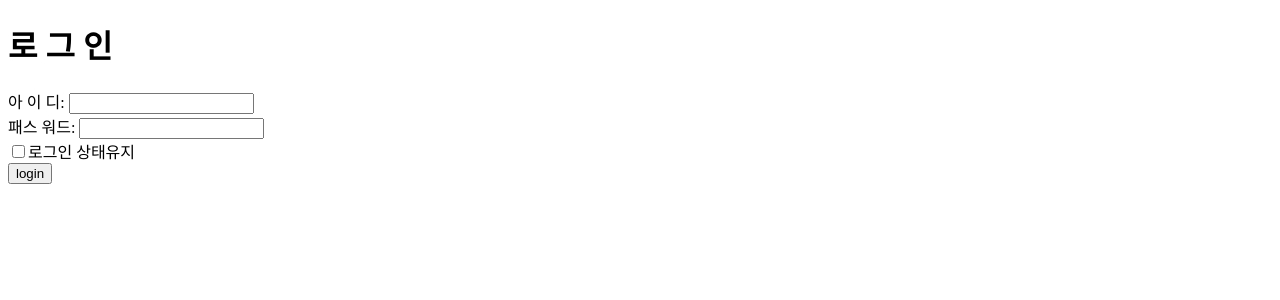
Repository: p2terkim/servletWork
Page: http://localhost/servletTest/basic/03_HW/cookieLogin.jsp
The author's editor kept a copy of each file at every save. The page is drawn from the files as they stood at one save, then again after the next save.
The browser window is 1280 px wide. The pictures show the whole page.
The page is served by Tomcat 9. Other server files are loaded and not shown.

Above is the page before, as saved 2021-05-18 06:21:12.

### servletTest/WebContent/basic/03_HW/cookieLogin.jsp
<%@ page language="java" contentType="text/html; charset=UTF-8"
    pageEncoding="UTF-8"%>
<!DOCTYPE html>
<html>
<head>
<meta charset="UTF-8">
<title>Insert title here</title>
</head>
<body>
	<%
    // 로그인 유지작업
    Cookie[] cookies = request.getCookies();
    if(cookies != null ){
        for(Cookie cookie : cookies){
            if(cookie.getName().equals("id")){
                /* 실행흐름이 서버에 있을 경우 서버코드로써 강제이동
                       서버에서 클라이언트()에게 특정페이지로 이동하는 정보만 응답으로 준다.
                   java코드로 페이지 이동 -> sendRedirect("url");
                */
                response.sendRedirect("sessionMain.jsp");
            }
        }
    }
%>



    <h1>로 그 인</h1>
    <form method="post"action="sessionLoginPro.jsp" >
        아  이  디: <input type="text" name="id"><br>
        패스 워드: <input type="password" name="pw"><br>
        <input type="checkbox" name ="loginChk" value="true">로그인 상태유지<br>
        <input type ="submit" value ="login">
    </form>

</form>
</body>
</html>

After the next save:
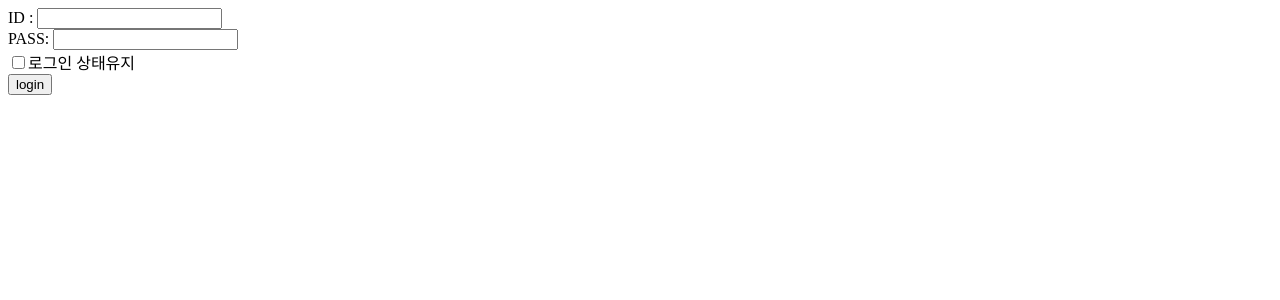
Saved 28 s later.
--- a/servletTest/WebContent/basic/03_HW/cookieLogin.jsp
+++ b/servletTest/WebContent/basic/03_HW/cookieLogin.jsp
@@ -25,10 +25,9 @@
 
 
 
-    <h1>로 그 인</h1>
     <form method="post"action="sessionLoginPro.jsp" >
-        아  이  디: <input type="text" name="id"><br>
-        패스 워드: <input type="password" name="pw"><br>
+        ID : <input type="text" name="id"><br>
+        PASS: <input type="password" name="pw"><br>
         <input type="checkbox" name ="loginChk" value="true">로그인 상태유지<br>
         <input type ="submit" value ="login">
     </form>
